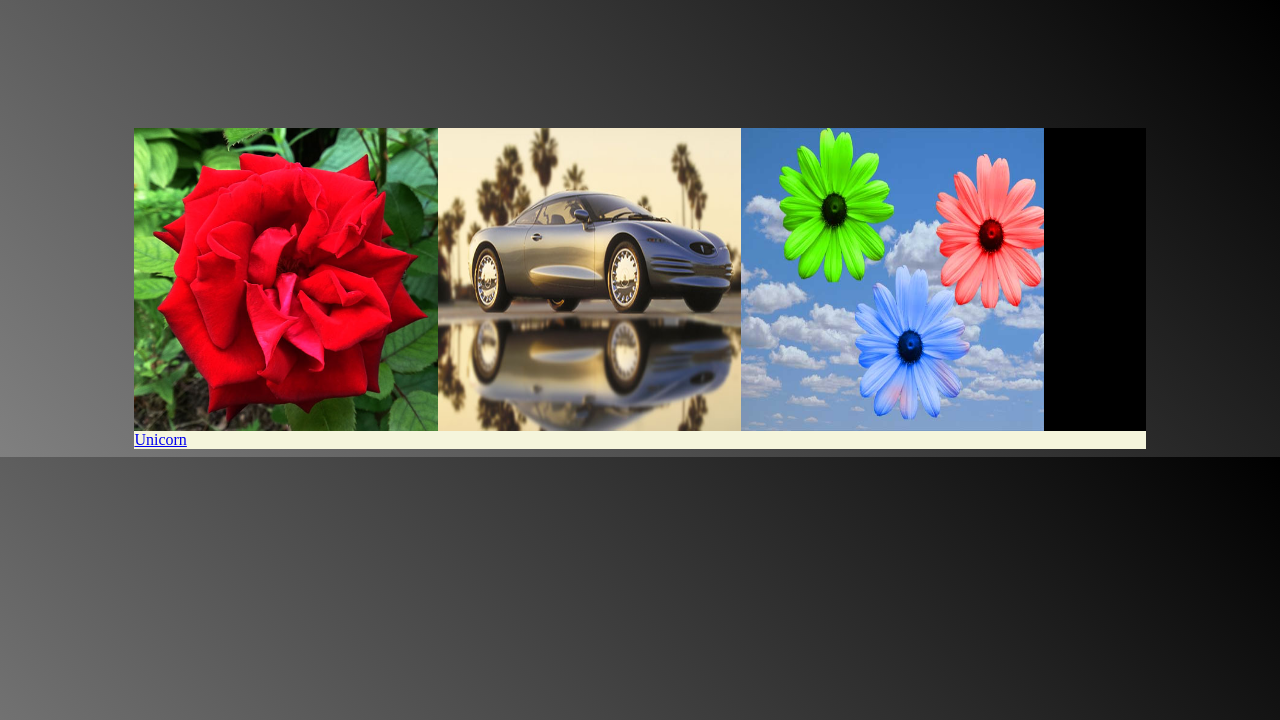
Repository: ViggoSkj/VGY
Page: ovningar/photoshopovning/photoshopovning.html
These files come from the project's save history. The page is drawn as it stood at one moment and after the next save; the edit follows.
The browser window is 1280 px wide. The pictures show the whole page.

Above is the page before, as saved 2022-11-27 12:05:55.

After the next save:
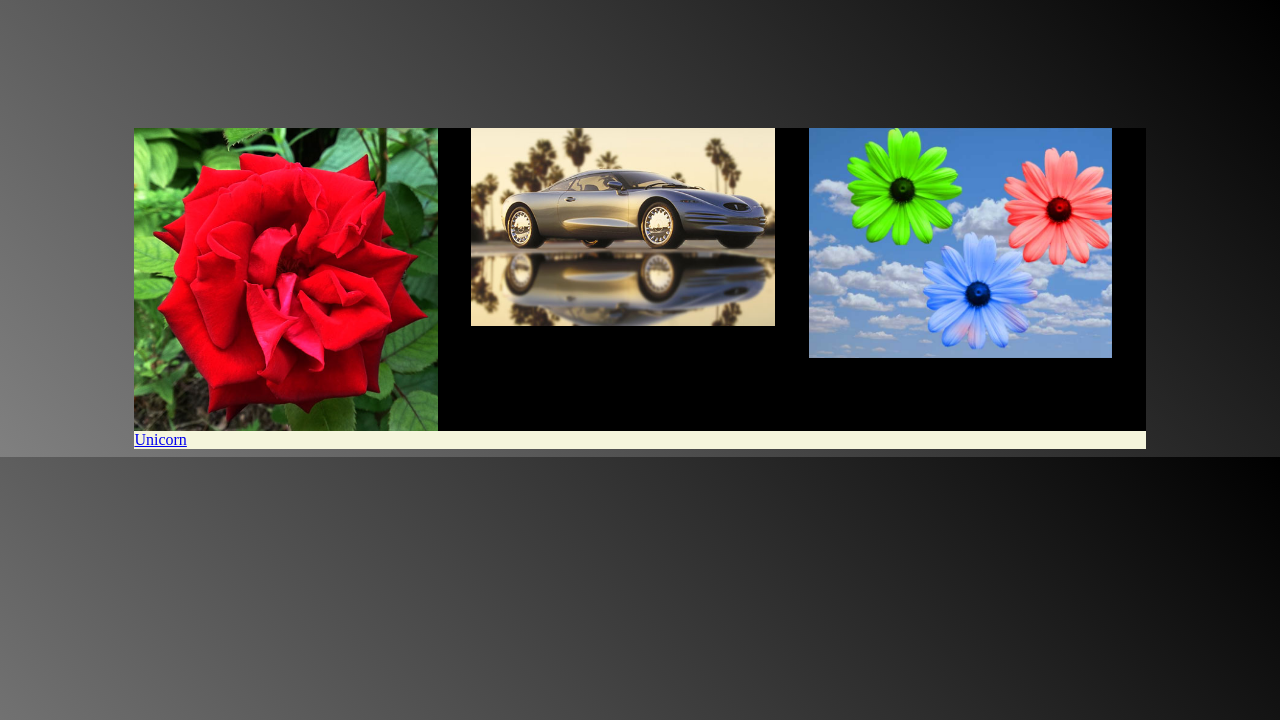
Saved 9 s later.
--- a/ovningar/photoshopovning/public/css/style.css
+++ b/ovningar/photoshopovning/public/css/style.css
@@ -13,14 +13,14 @@ body
 
 img
 {
-    width: 30%;
+    width: 90%;
 
 }
 
 .images
 {
-    display: flex;
-    flex-wrap: wrap;
+    display: grid;
+    grid-template-columns: 1fr 1fr 1fr;
+    background-color: black;
 
-    background-color: black;
 }
